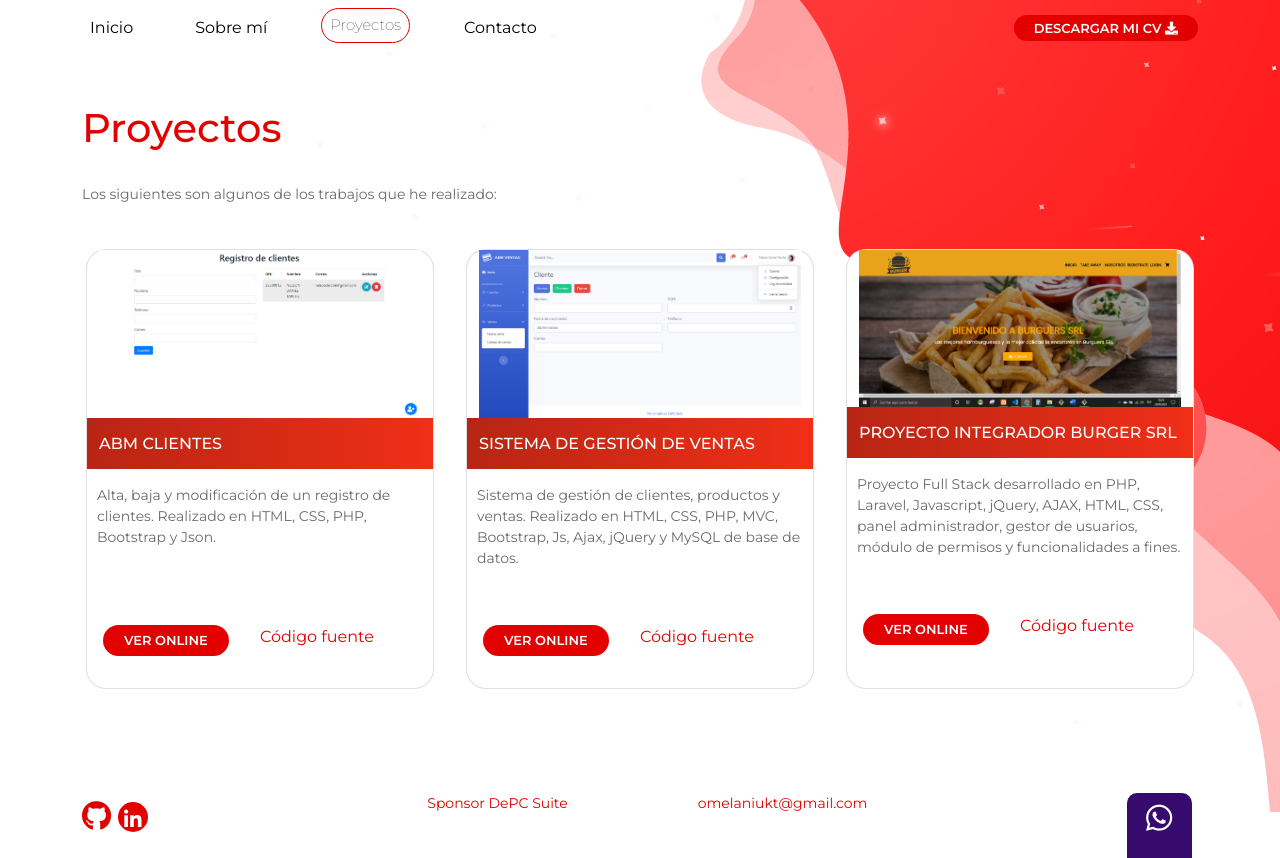
Repository: tamara-o1995/Portafolio
Page: http://localhost/php/proyectos.php
The author's editor kept a copy of each file at every save. The page is drawn from the files as they stood at one save, then again after the next save.
The browser window is 1280 px wide. The pictures show the whole page.
The page is run by PHP 8.4 with error messages shown; the project is at /var/www/html/.

Above is the page before, as saved 2021-09-29 16:26:03.

After the next save:
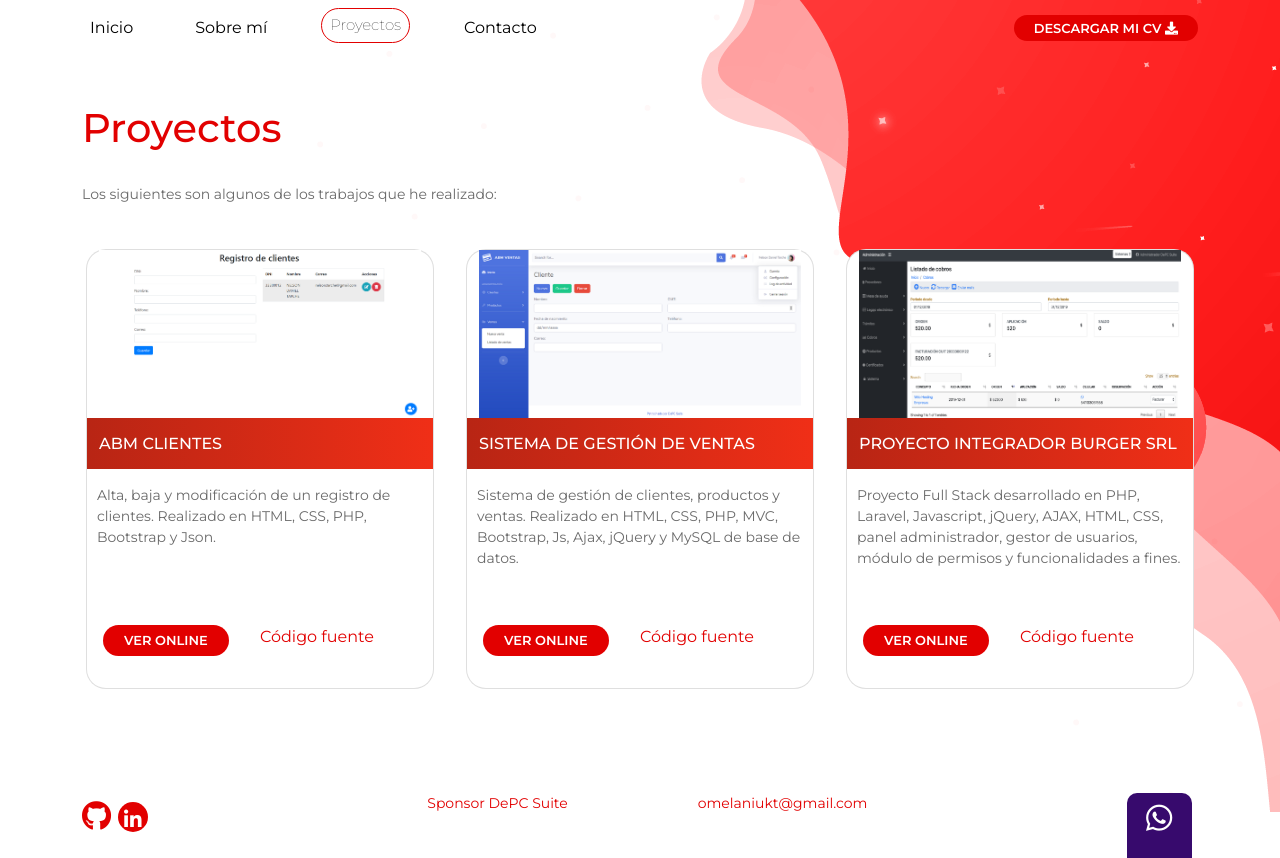
Saved 22 s later.
--- a/proyectos.php
+++ b/proyectos.php
@@ -78,7 +78,7 @@
                 </div>
                 <div class="col-sm-4 col-12">
                     <div class="pro row card m-1">
-                        <img class="img-fluid" src="images/Captura1.PNG" alt="Proyecto" title="Proyecto">
+                        <img class="img-fluid" src="images/sistema-admin.png" alt="Proyecto" title="Proyecto">
                         <div class="col-12 color-gradiente py-3">
                             <h2>Proyecto integrador Burger SRL</h2>
                         </div>
